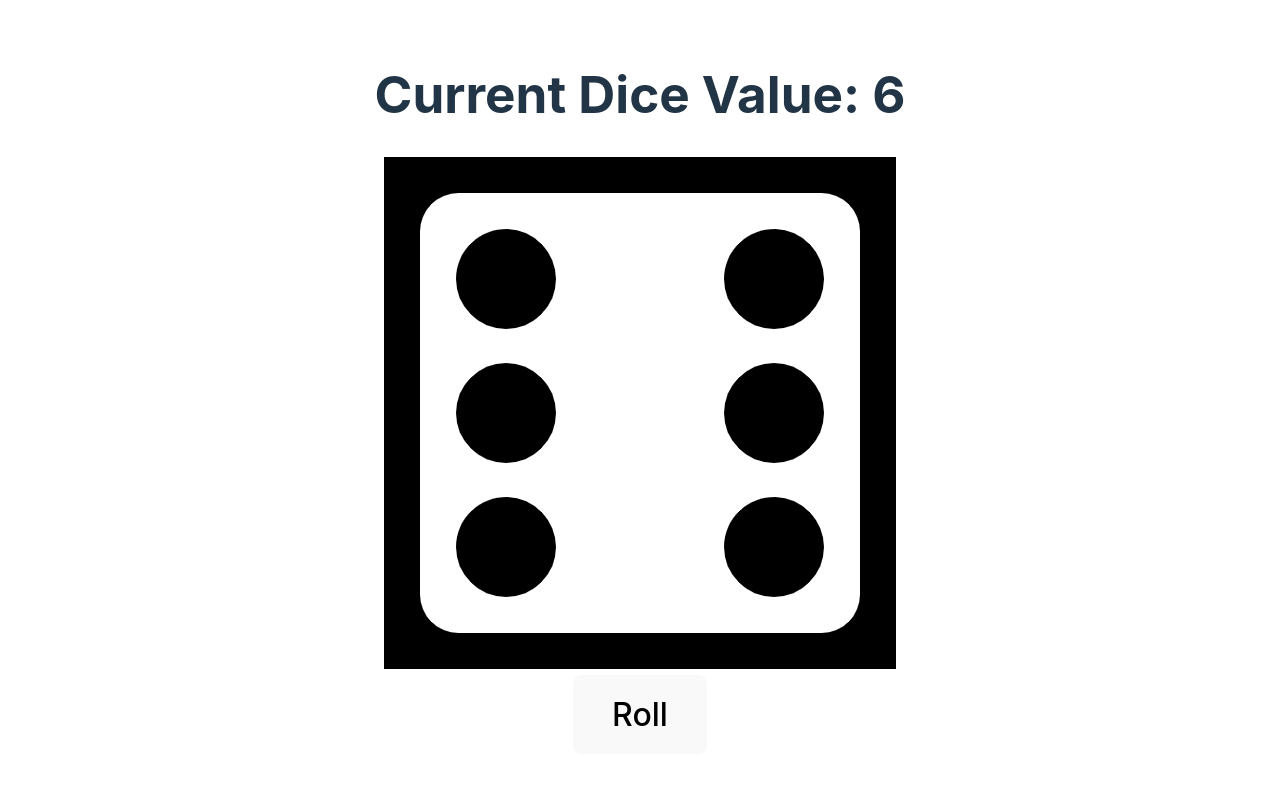
Repository: James-Z-Zhang00/dice-roller
Page: /
An editor plug-in stored every save of this project. The page is shown before and after a run of saves, followed by the edit.
The browser window is 1280 px wide. The pictures show the whole page.
The project was rebuilt for these pictures with package versions that can differ from the ones it lists, and the page was loaded fresh each time. Also part of the build but not shown: vite.config.js.

Above is the page before, as saved 2024-05-13 22:19:31.

After the next 2 saves:
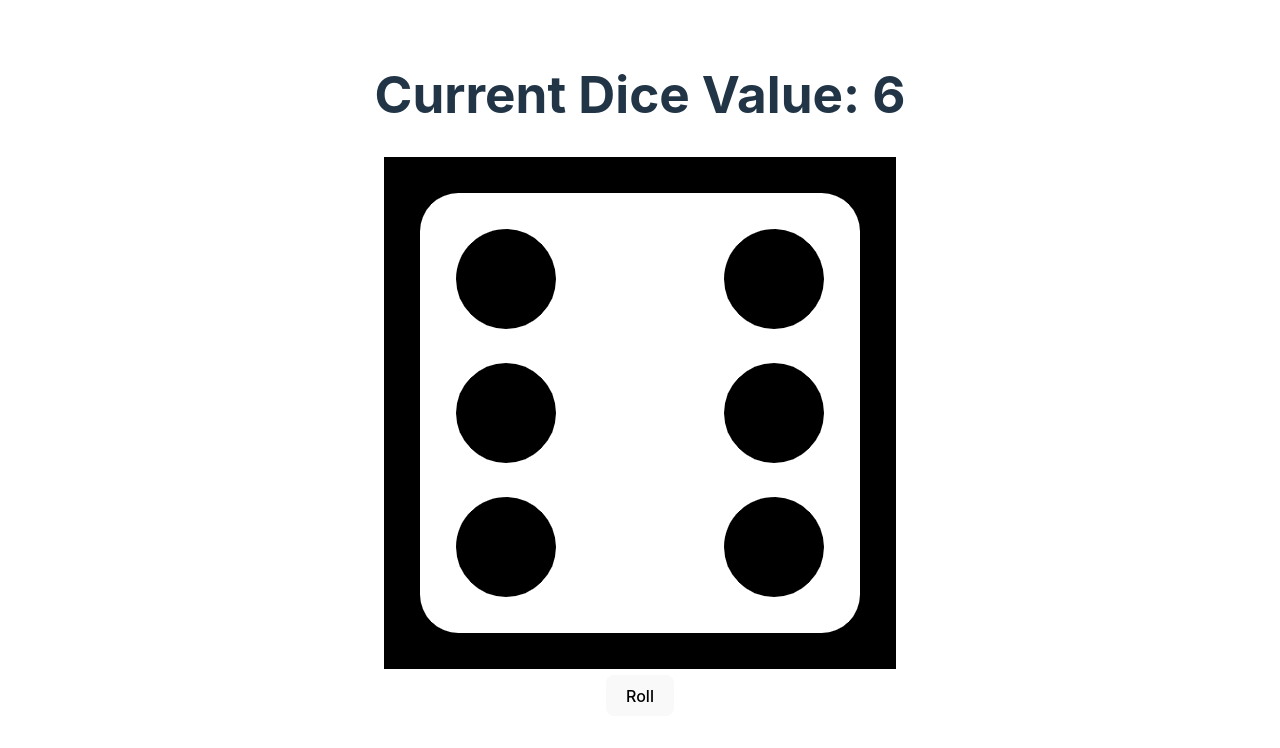
The 2 saves are shown as one change because they came seconds apart.
The last was saved 10 s later.
--- a/src/App.jsx
+++ b/src/App.jsx
@@ -12,7 +12,7 @@ const [val,setVal] = useState(6);
     <div>
       <h1>Current Dice Value: {val}</h1>
       <Dice diceVal={val} />
-      <button onClick={rollDice} style={{ fontSize: '2rem' }}>Roll</button>
+      <button onClick={rollDice}>Roll</button>
     </div>
   )
 }
